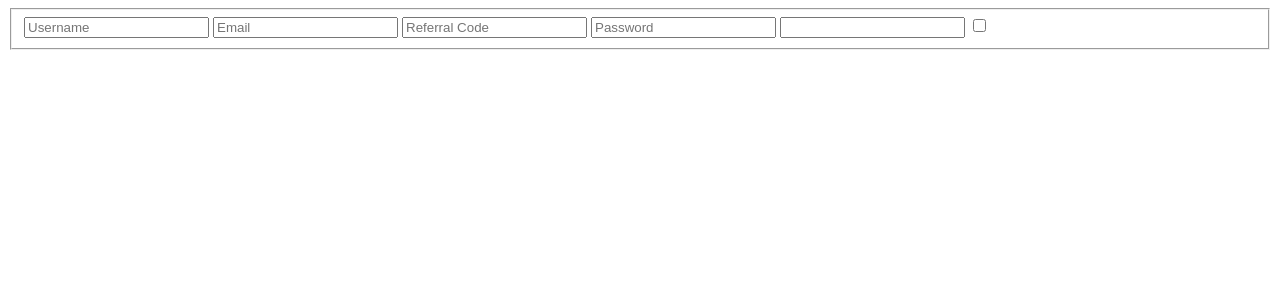
Repository: Malcolmt129/COSC484-assignment1
Page: tueats.html
These files come from the project's save history. The page is drawn as it stood at one moment and after the next save; the edit follows.
The browser window is 1280 px wide. The pictures show the whole page.

Above is the page before, as saved 2023-02-08 15:36:57.

After the next save:
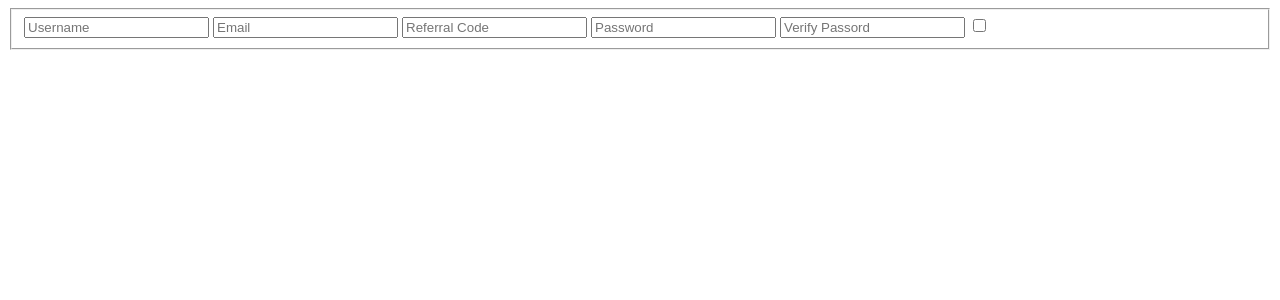
Saved 4 s later.
--- a/tueats.html
+++ b/tueats.html
@@ -10,7 +10,7 @@
                 <input type="text" name="email" placeholder="Email" required />
                 <input type="text" name="referral code" placeholder="Referral Code" />
                 <input type="password" name="password" placeholder="Password" required>
-                <input type="text" name="password_verify" placeholder-"Verify Passord" required>
+                <input type="text" name="password_verify" placeholder="Verify Passord" required>
                 <input type="checkbox" name="SignUp">
 
 
